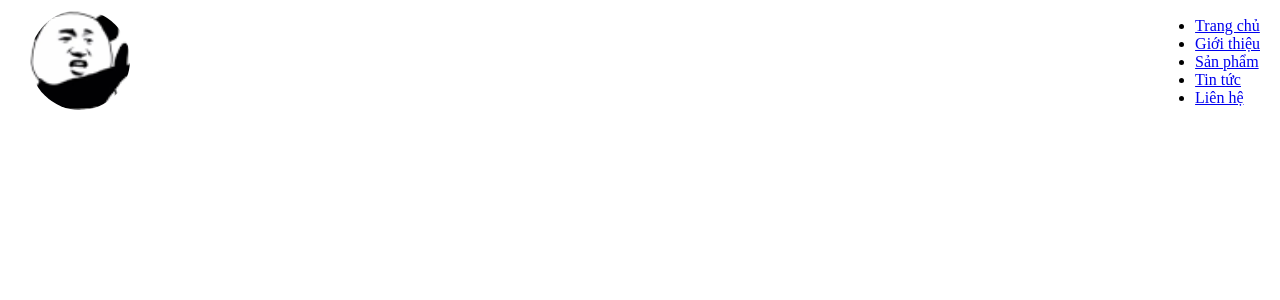
Repository: ThuatDev/BTVN_FE_JUNE
Page: buoi6.html
An editor plug-in stored every save of this project. The page is shown before and after the next save, followed by the edit.
The browser window is 1280 px wide. The pictures show the whole page.

Above is the page before, as saved 2023-08-12 16:12:04.

### buoi6.html
<!DOCTYPE html>
<html lang="en">
  <head>
    <meta charset="UTF-8" />
    <meta name="viewport" content="width=device-width, initial-scale=1.0" />
    <title>Document</title>
    <link rel="stylesheet" href="./assets/style.css" />
  </head>
  <body>
    <header>
      <div class="container-nav">
        <div class="navbar">
          <div class="navbar__logo">
            <img src="./assets/img/brand.png" alt="" />
          </div>
          <div class="navbar__menu">
            <ul class="list-navigator">
              <li class="list-navigator-item">
                <a href="#" class="nav-item">Trang chủ</a>
              </li>
              <li class="list-navigator-item">
                <a href="#" class="nav-item">Giới thiệu</a>
              </li>
              <li class="list-navigator-item">
                <a href="#" class="nav-item">Sản phẩm</a>
              </li>
              <li class="list-navigator-item">
                <a href="#" class="nav-item">Tin tức</a>
              </li>
              <li class="list-navigator-item">
                <a href="#" class="nav-item">Liên hệ</a>
              </li>
            </ul>
          </div>
        </div>
      </div>
    </header>
  </body>
</html>

### assets/style.css
* {
  margin: 0;
  padding: 0;
  box-sizing: border-box;
}
.container-nav {
  max-width: 1280px;
  /* background-color: #0d6efd; */
  margin: 0 auto;
}
.navbar__logo img {
  width: 100px;
  height: 100px;
  object-fit: cover;
  border-radius: 50%;
  margin: 10px;
}
.navbar {
  display: flex;
  justify-content: space-between;
  align-items: center;
  padding: 0 20px;
}
.navbar .navbar__menu {
  display: flex;
  justify-content: space-between;
  align-items: center;
}

After the next save:
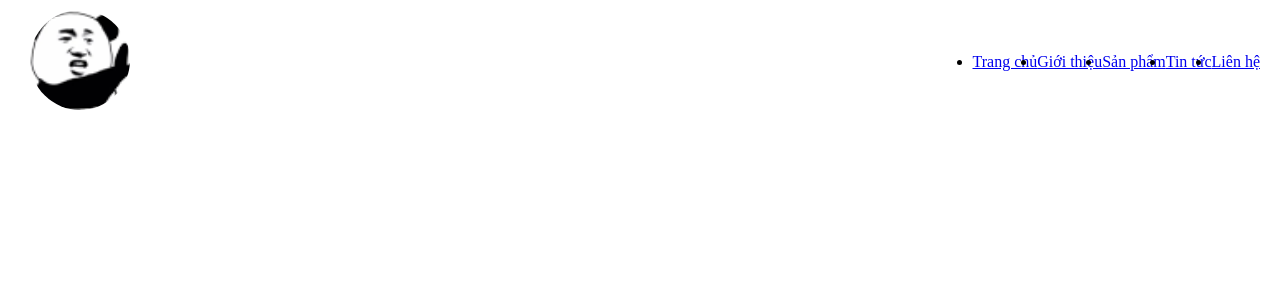
Saved 11 s later.
--- a/assets/style.css
+++ b/assets/style.css
@@ -21,7 +21,7 @@
   align-items: center;
   padding: 0 20px;
 }
-.navbar .navbar__menu {
+.navbar .navbar__menu .list-navigator {
   display: flex;
   justify-content: space-between;
   align-items: center;
